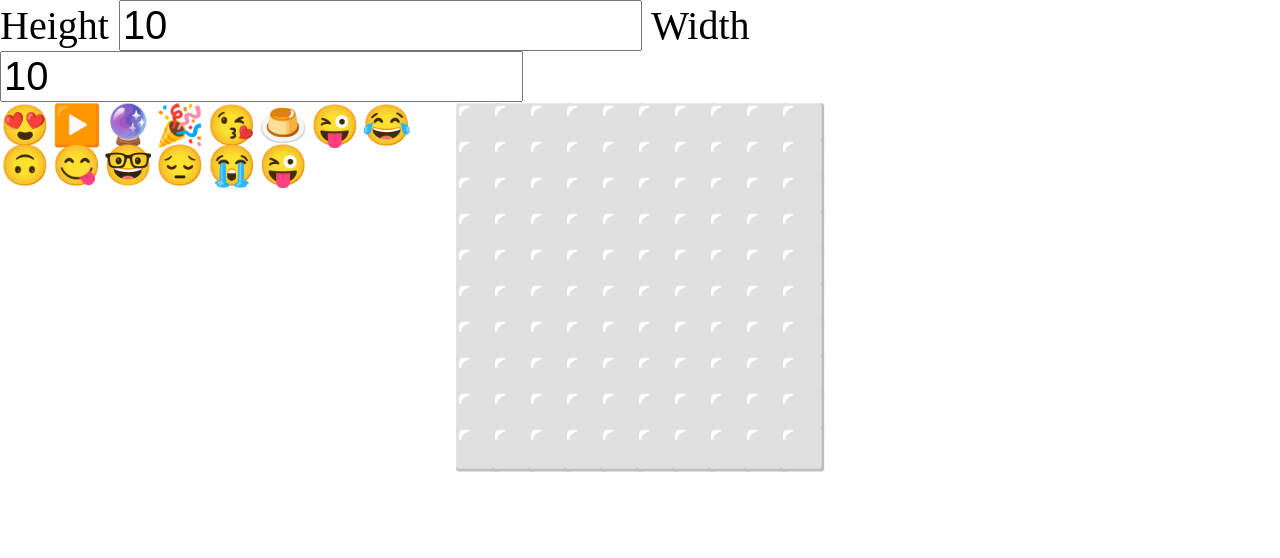
Repository: roast-rabbit/emoji-art-generator
Page: index.html
These files come from the project's save history. The page is drawn as it stood at one moment and after the next save; the edit follows.
The browser window is 1280 px wide. The pictures show the whole page.

Above is the page before, as saved 2022-12-06 16:22:38.

### index.html
<!DOCTYPE html>
<html lang="en">
  <head>
    <meta charset="UTF-8" />
    <meta http-equiv="X-UA-Compatible" content="IE=edge" />
    <meta name="viewport" content="width=device-width, initial-scale=1.0" />
    <title>Emoji art generator</title>
    <link rel="stylesheet" href="styles.css" />
  </head>
  <body>
    <div id="stats">
      <label for="height">Height</label>
      <input name="height" type="text" value="10" />
      <label for="width">Width</label>
      <input name="width" type="text" value="10" />
    </div>
    <div id="main">
      <div id="side-tool-set">
        <div>😍</div>
        <div>▶️</div>
        <div>🔮</div>
        <div>🎉</div>
        <div>😘</div>
        <div>🍮</div>
        <div>😜</div>
        <div>😂</div>
        <div>🙃</div>
        <div>😋</div>
        <div>🤓</div>
        <div>😔</div>
        <div>😭</div>
        <div>😜</div>
      </div>
      <div id="board"></div>
      <script src="index.js"></script>
    </div>
  </body>
</html>

### styles.css
* {
  font-size: 40px;
}
body {
  margin: 0;
}

#main {
  display: grid;
  gap: 1rem;
  grid-template-columns: 1fr 2fr;
}

#board {
  user-select: none;
  display: inline-grid;
  grid-template-columns: repeat(var(--height), 5vmin);
  grid-template-rows: repeat(var(--width), 5vmin);
}

.tile {
  cursor: pointer;
}

#side-tool-set {
  display: grid;
  grid-template-columns: repeat(8, 1fr);
  grid-template-rows: repeat(3, 40px);
}
#side-tool-set div {
  cursor: pointer;
}
#side-tool-set div:hover {
  background-color: #ddd;
}

### index.js
const heightInput = document.querySelector("#stats input[name=height]");
const widthInput = document.querySelector("#stats input[name=width]");
const board = document.querySelector("#board");
const sideToolSet = document.querySelector("#side-tool-set");

let height = heightInput.value;
let width = widthInput.value;

let currentSelectedEmoji = "😍";

board.style.setProperty("--height", height);
board.style.setProperty("--width", width);

function createBoard(height, width) {
  for (let i = 0; i < height; i++) {
    for (let j = 0; j < width; j++) {
      element = document.createElement("div");
      element.textContent = "⬜️";
      element.classList.add("tile");
      board.appendChild(element);
    }
  }
}

createBoard(height, width);

const setEmojiToTarget = (e) => {
  e.target.textContent = currentSelectedEmoji;
};
const setCurrentEmoji = (e) => {
  console.log(e.target);
};
sideToolSet.addEventListener("click", setCurrentEmoji);

board.addEventListener("mousedown", (e) => {
  e.preventDefault();
  board.addEventListener("mousemove", setEmojiToTarget);
  board.addEventListener("mouseup", () => {
    board.removeEventListener("mousemove", setEmojiToTarget);
  });
});

After the next save:
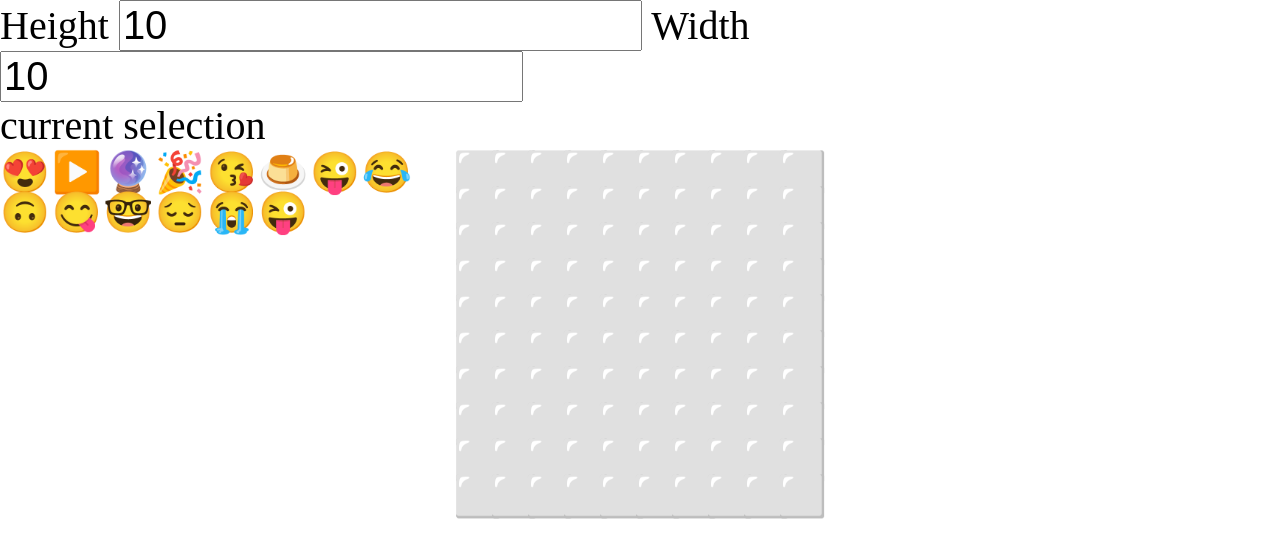
Saved 5 min 34 s later.
--- a/index.html
+++ b/index.html
@@ -13,6 +13,7 @@
       <input name="height" type="text" value="10" />
       <label for="width">Width</label>
       <input name="width" type="text" value="10" />
+      <div id="current-selection">current selection <span></span></div>
     </div>
     <div id="main">
       <div id="side-tool-set">
